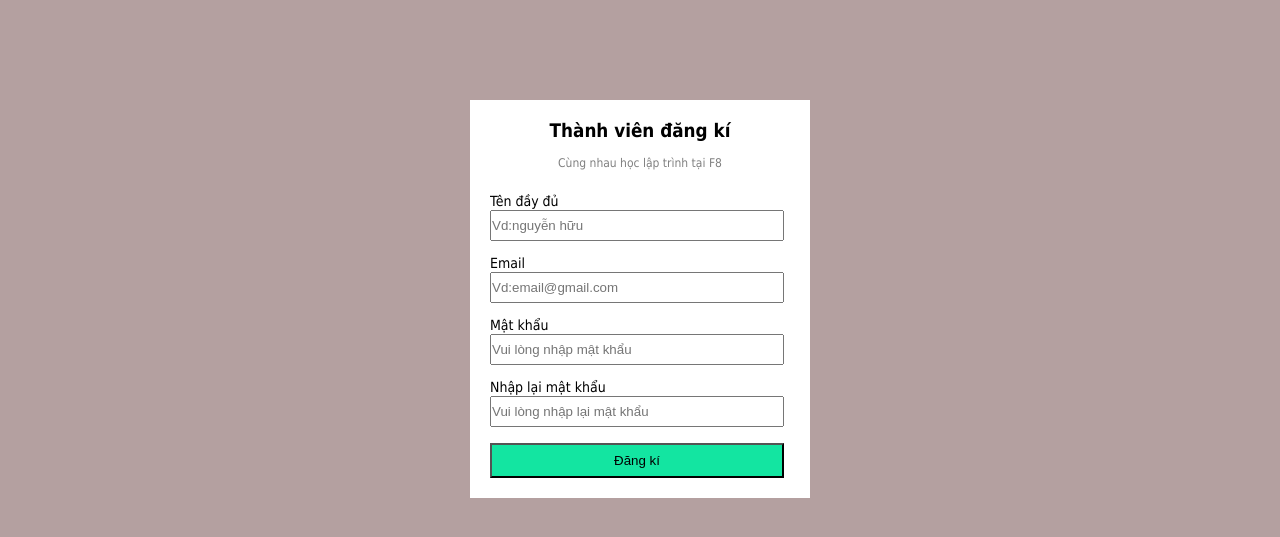
Repository: HuunvDev/Validator
Page: index.html
These files come from the project's save history. The page is drawn as it stood at one moment and after the next save; the edit follows.
The browser window is 1280 px wide. The pictures show the whole page.

Above is the page before, as saved 2022-08-20 09:39:49.

After the next save:
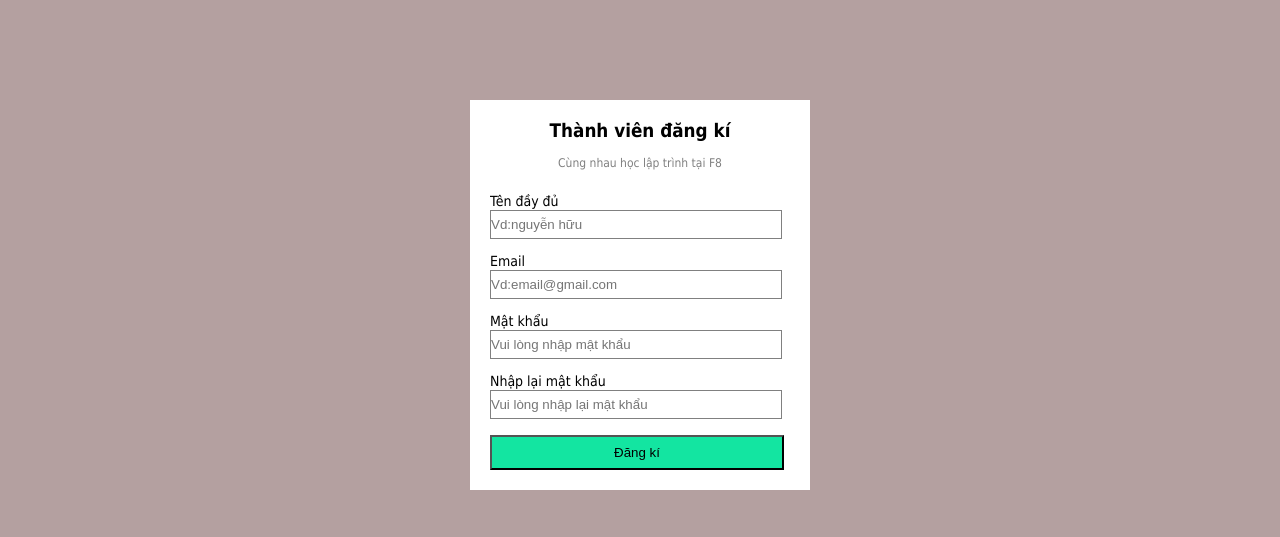
Saved 4 s later.
--- a/style.css
+++ b/style.css
@@ -36,7 +36,7 @@ input {
     width: 290px;
     height: 27px;
     outline: none;
-    border:1px soli
+    border:1px solid grey;
 }
 input:hover{
     border-color: rgb(129, 166, 166);
